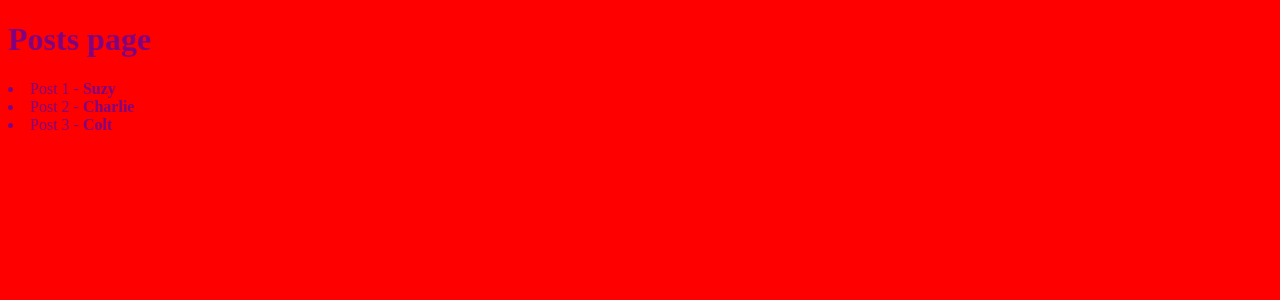
Repository: cuauhtlahuac/WebAppsPractices
Page: http://localhost/posts
The author's editor kept a record of every edit. The page is drawn from the files as they stood at one moment, then again after the next edit.
The browser window is 1280 px wide. The pictures show the whole page.
The page is served by the project's Node server (MoreExpress/EjsDemo/app.js).

Above is the page before.

### workspaceEnglish/MoreExpress/EjsDemo/views/posts.ejs

<% include partials/header %>


<h1>Posts page</h1>

<% for(var i = 0 ; i < posts.length ; i++){ %>

<li>
    <%= posts[i].title %> - <strong> <%= posts[i].author %> </strong>
    </li>

<% } %>

### workspaceEnglish/MoreExpress/EjsDemo/views/partials/header.ejs
<!DOCTYPE html>
<head>
    <title>Demo App</title>
    <link rel = "stylesheet" href = "/app.css">
</head>

<body>

### workspaceEnglish/MoreExpress/EjsDemo/app.js
var express = require("express");

var app = express();


app.use(express.static("public"));       //serves public directory for app.css

app.set("view engine", "ejs");

app.get("/", function(req, res){

    res.render("home");  //so that we don't have to write ejs after each template name

});


app.get("/youfellinlovewith/:thing", function(req, res){


    var thing = req.params.thing;

    res.render("love" , {
        thingVar : thing
    });


});


app.get("/posts", function(req, res){

    var posts = [{title: "Post 1", author: "Suzy"},

    {title: "Post 2", author: "Charlie"},

    {title: "Post 3", author: "Colt"}


        ];

        res.render("posts",{posts:posts});

});

















app.listen(process.env.PORT, process.env.IP, function(){

    console.log("Server is running");
})

### workspaceEnglish/MoreExpress/EjsDemo/public/app.css
body{

    background: red;
    color: purple;
}

### workspaceEnglish/MoreExpress/EjsDemo/views/partials/footer.ejs

<p> Trademark - Footer text</p>
</body>
</html>

After the next edit:
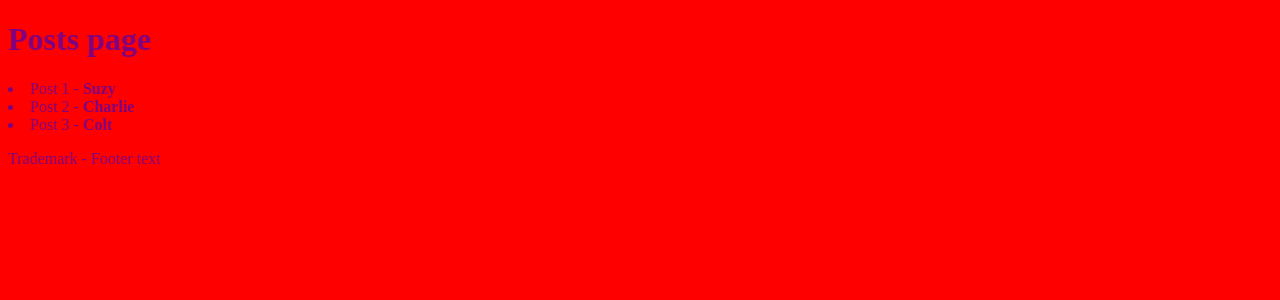
The edit:
--- a/workspaceEnglish/MoreExpress/EjsDemo/views/posts.ejs
+++ b/workspaceEnglish/MoreExpress/EjsDemo/views/posts.ejs
@@ -11,3 +11,5 @@
     </li>
 
 <% } %>
+
+<% include partials/footer %>
